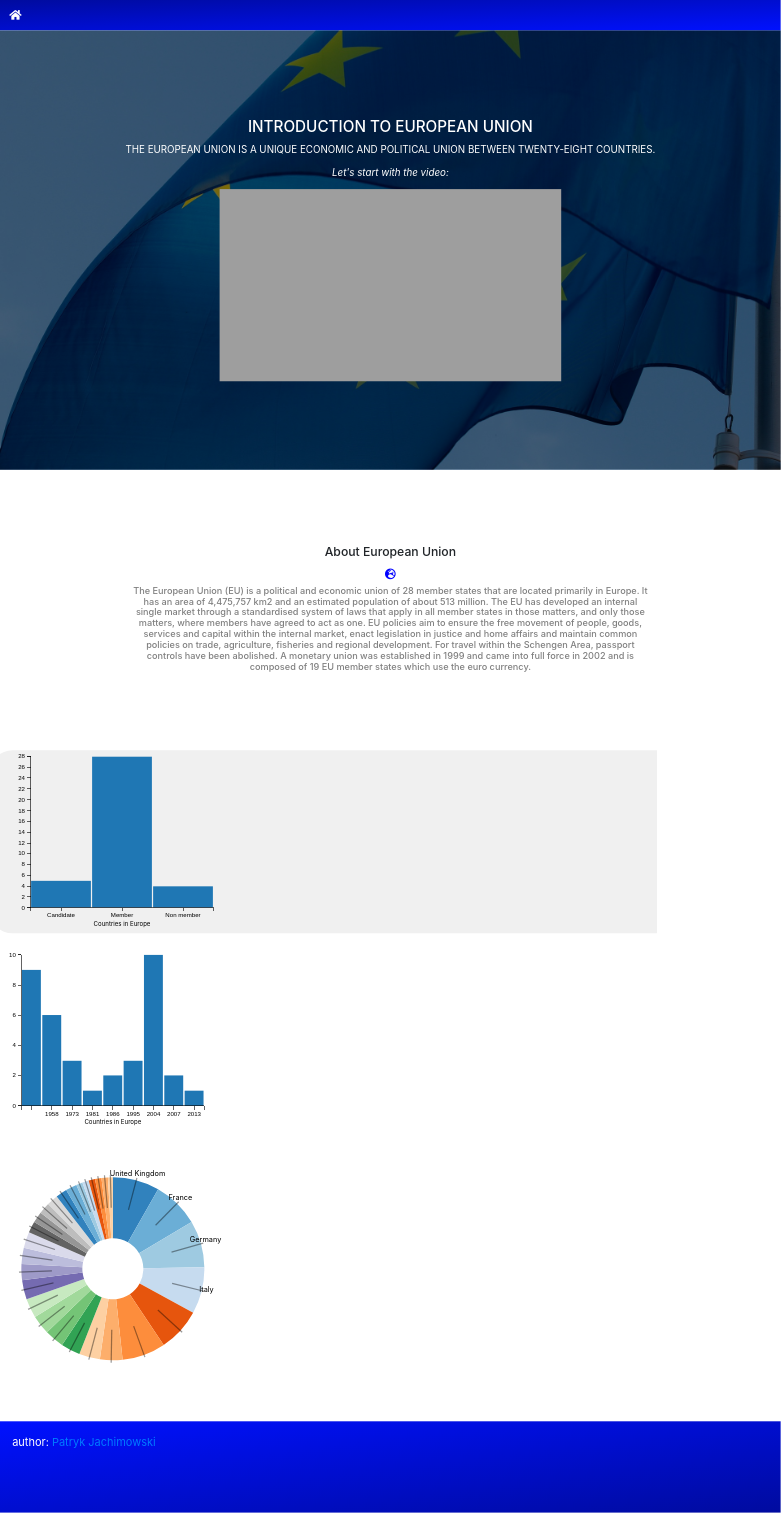
Repository: pjachimowski/renewable
Page: index.html
The author's editor kept a record of every edit. The page is drawn from the files as they stood at one moment, then again after the next edit.
The browser window is 1280 px wide. The pictures show the whole page, at 61% of full size.
Pictures or frames that could not be fetched are drawn as grey boxes. Backgrounds fixed to the window are drawn as part of the page. Some web fonts or font styles are not loaded; a fallback is used. Some web libraries are served in a nearby version.

Above is the page before.

After the next edit:
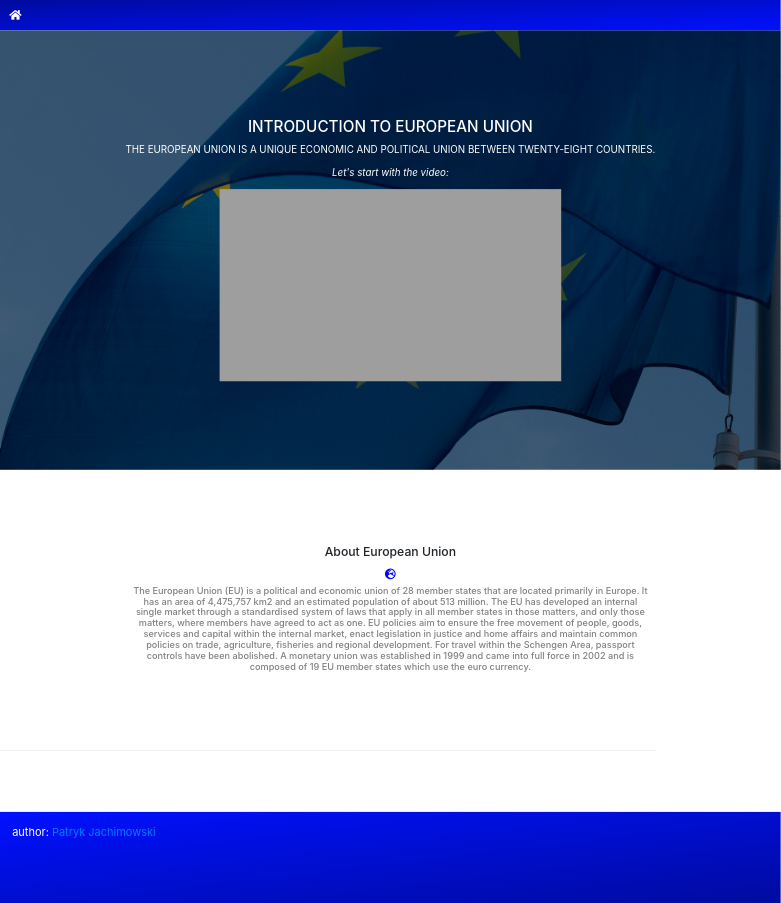
Console error: SyntaxError: Unexpected token '.'
The edit:
--- a/static/js/graphs2.js
+++ b/static/js/graphs2.js
@@ -73,10 +73,10 @@
         .renderLabel(true)
         .drawPaths(true)
         .externalLabels(8);
-        // .on('pretransition', function(chart) {
-        //    chart.selectAll('text.pie-slice').text(function(d) {
-       //         return d.data.key + ': ' + Math.round((d.endAngle - d.startAngle) / (2  Math.PI)  100) + '%';
-        //    });
+        .on('pretransition', function(chart) {
+            chart.selectAll('text.pie-slice').text(function(d) {
+               return d.data.key + ': ' + Math.round((d.endAngle - d.startAngle) / (2  Math.PI)  100) + '%';
+           });
        // });
 }
 

After the 3 edits that followed:
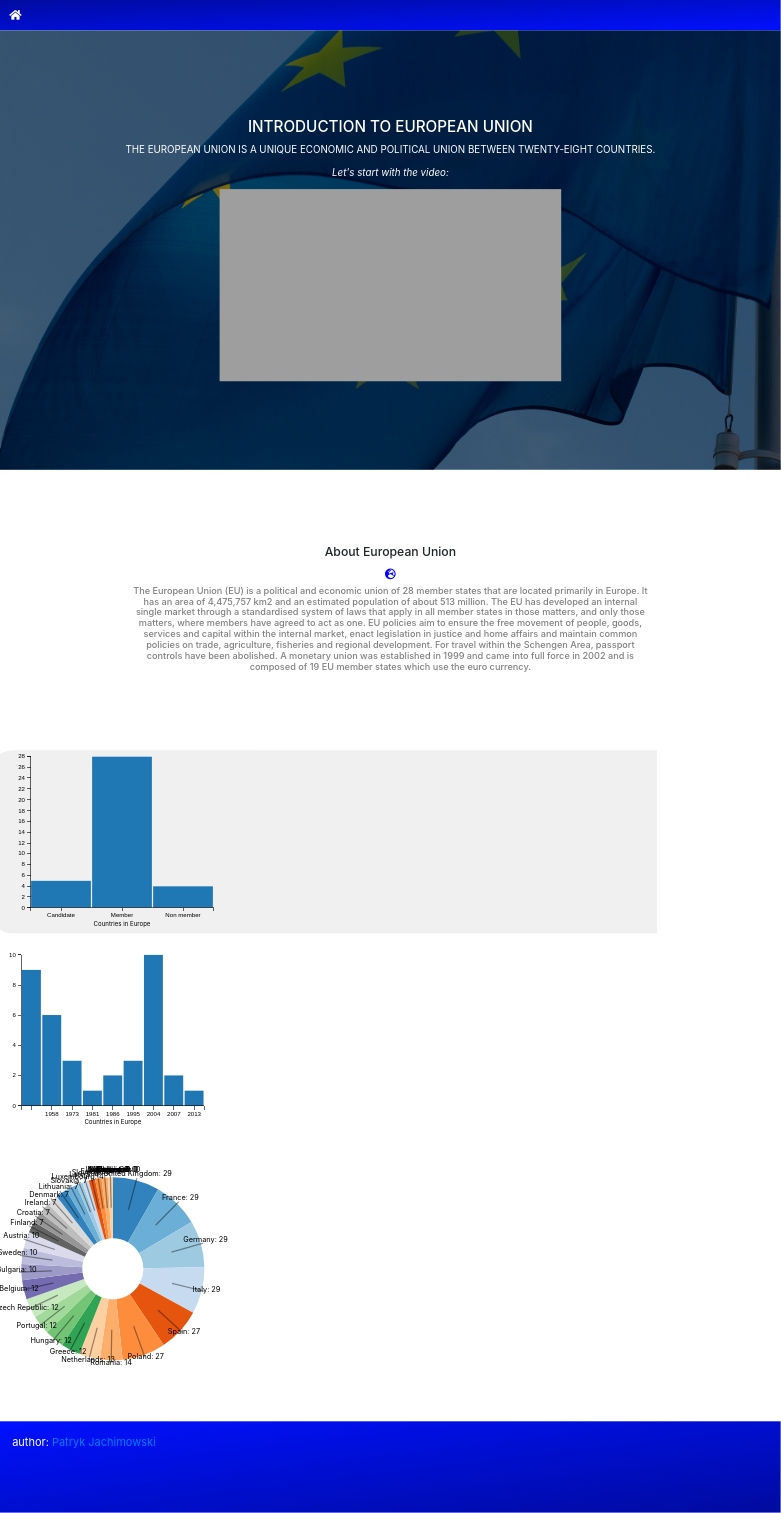
The error is gone.
The 3 edits are shown as one change because 2 left the picture as it was.
The edit:
--- a/static/js/graphs2.js
+++ b/static/js/graphs2.js
@@ -72,12 +72,12 @@
         .group(group)
         .renderLabel(true)
         .drawPaths(true)
-        .externalLabels(8);
+        .externalLabels(8)
         .on('pretransition', function(chart) {
             chart.selectAll('text.pie-slice').text(function(d) {
-               return d.data.key + ': ' + Math.round((d.endAngle - d.startAngle) / (2  Math.PI)  100) + '%';
+               return d.data.key + ': ' + d.data.value;
            });
-       // });
+        });
 }
 
 
